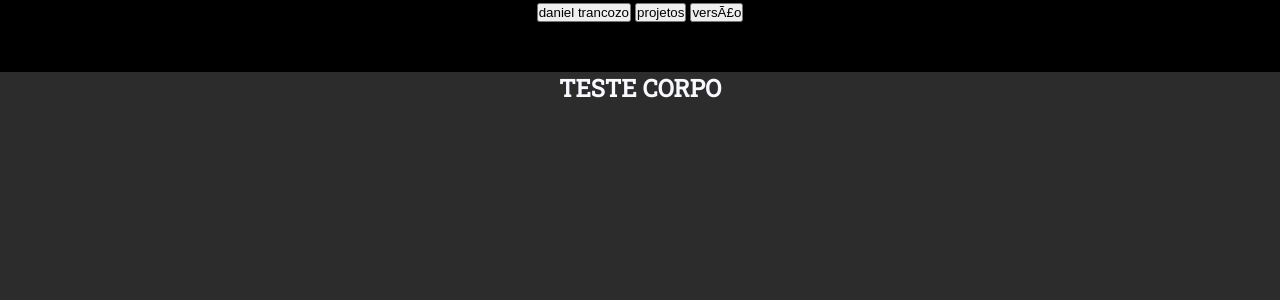
Repository: danieltrancozo/danieltrancozo.github.io
Page: index.html
These files come from the project's save history. The page is drawn as it stood at one moment and after the next save; the edit follows.
The browser window is 1280 px wide. The pictures show the whole page.

Above is the page before, as saved 2021-05-04 23:21:13.

### index.html
<!DOCTYPE html>
<meta charset="UFT-8">
<meta name="lenguage" content="pt-br">
<meta name="autor" content="Daniel Trancozo Vianna">
<meta name="description" content="Portifolio de Desenvolvedor Web">
<meta name="keywords" content="HTML, CSS, JS, web development, portifolio">
<html>

<head>
    <title>Minha P&aacutegina</title>
    <link rel="stylesheet" type="text/css" href="css/estilo3.css">
    <link rel="preconnect" href="https://fonts.gstatic.com">
    <link href="https://fonts.googleapis.com/css2?family=Playfair+Display&family=Roboto+Slab&display=swap" rel="stylesheet">
    <script>
    </script>
</head>
<body>
    <div class="container">
        <div class="cab">
            <nav class="menu">
                <ul>
                    <li><button>daniel trancozo</button></li>
                    <li><button>projetos</button></li>
                    <li><button>versão</button></li>
                </ul>
            </nav>
        </div>
        <div class="corp">
            <h2 style="text-transform: uppercase;">teste corpo</h2>
        </div>
    </div>
    <div class="t2"></div>
</body>
</html>

### css/estilo3.css
@import url('https://fonts.googleapis.com/css2?family=Playfair+Display&family=Roboto+Slab&display=swap');
* {
    margin: 0;
    padding: 0;
}
body{
    background-color: rgba(0, 0, 0, 0.863);
    color: antiquewhite;
    text-align: center;
}
.container{
    background-color: transparent;
    display: flex;
    flex-direction: column;
}
.cab{
    background-color: black;
    color: silver;
    font-family: 'Playfair Display', serif;
    height: 10%;
    width: 100%;
    position: absolute;
}
.corp{
    background-color: rgb(44, 44, 44);
    color: ghostwhite;
    font-family: 'Roboto Slab', serif;
    height: 90%;
    width: 100%;
    position: absolute;
    top: 10%;
}
.t2{
    background-color: transparent;
    width: 100%;
    height: 100%;
    visibility: hidden;
}
.manu ul{
    text-align: center;
    border-color: transparent;
    list-style: none;
}
.menu ul li{
    display: inline;
}
.menu ul li h1{
    text-transform: uppercase;
    font-family: 'Playfair Display', serif;
}

After the next save:
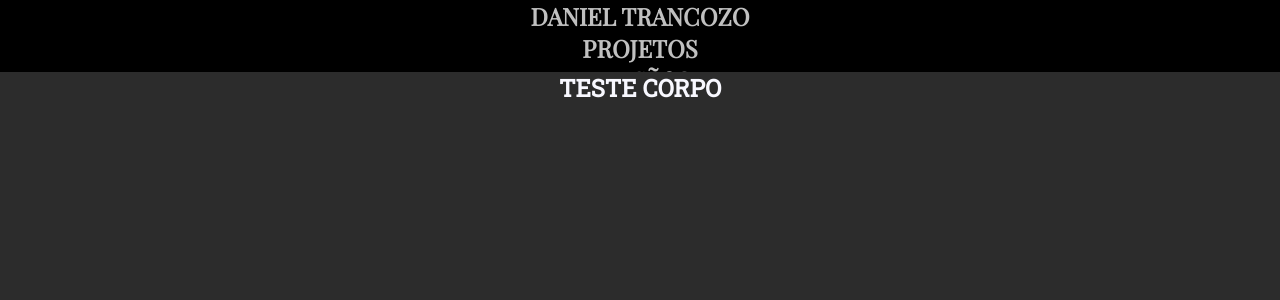
Saved 38 s later.
--- a/index.html
+++ b/index.html
@@ -19,9 +19,9 @@
         <div class="cab">
             <nav class="menu">
                 <ul>
-                    <li><button>daniel trancozo</button></li>
-                    <li><button>projetos</button></li>
-                    <li><button>versão</button></li>
+                    <li><h1>daniel trancozo</h1></li>
+                    <li><h1>projetos</h1></li>
+                    <li><h1>versão</h1></li>
                 </ul>
             </nav>
         </div>

After the 2 saves that followed:
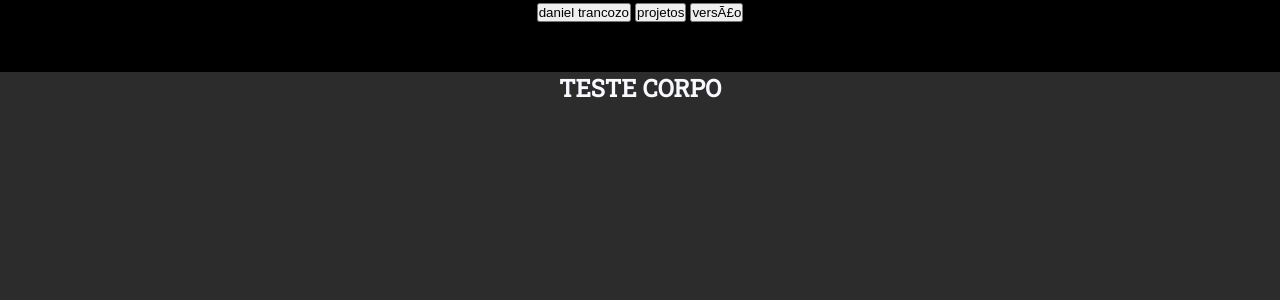
The 2 saves are shown as one change because 1 left the picture as it was.
The last was saved 2 min 10 s later.
--- a/index.html
+++ b/index.html
@@ -19,9 +19,9 @@
         <div class="cab">
             <nav class="menu">
                 <ul>
-                    <li><h1>daniel trancozo</h1></li>
-                    <li><h1>projetos</h1></li>
-                    <li><h1>versão</h1></li>
+                    <li><button>daniel trancozo</button></li>
+                    <li><button>projetos</button></li>
+                    <li><button>versão</button></li>
                 </ul>
             </nav>
         </div>
--- a/css/estilo3.css
+++ b/css/estilo3.css
@@ -46,5 +46,4 @@ body{
 }
 .menu ul li h1{
     text-transform: uppercase;
-    font-family: 'Playfair Display', serif;
 }
